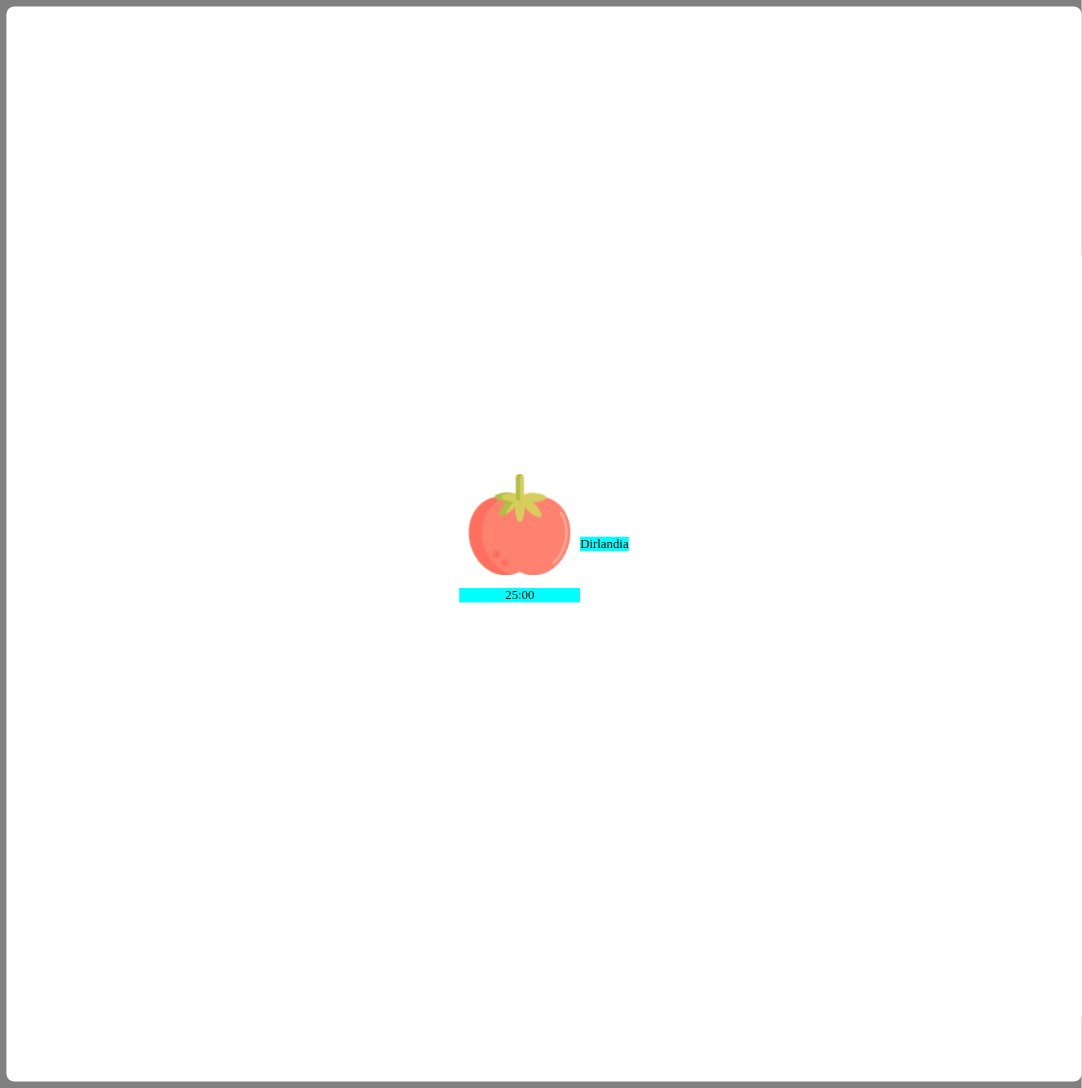
Repository: Dirlandia404/pomodoro
Page: /
These files come from the project's save history. The page is drawn as it stood at one moment and after the next save; the edit follows.
The browser window is 1280 px wide. The page is 1352 px wide, then 1320 px, so the pictures cover 1352 px, including what lies to the right of the window. The pictures show the whole page, at 80% of full size.
The project was rebuilt for these pictures with package versions that can differ from the ones it lists, and the page was loaded fresh each time.

Above is the page before, as saved 2021-11-24 23:22:21.

### public/index.html
<!DOCTYPE html>
<html lang="en">

<head>
  <meta charset="utf-8" />
  <link rel="icon" href="%PUBLIC_URL%/image 1.png" />
  <meta name="viewport" content="width=device-width, initial-scale=1" />
  <meta name="theme-color" content="#000000" />
  <meta name="description" content="Web site created using create-react-app" />
  <link rel="apple-touch-icon" href="%PUBLIC_URL%/logo192.png" />
  <!--
      manifest.json provides metadata used when your web app is installed on a
      user's mobile device or desktop. See https://developers.google.com/web/fundamentals/web-app-manifest/
    -->
  <link rel="manifest" href="%PUBLIC_URL%/manifest.json" />
  <!--
      Notice the use of %PUBLIC_URL% in the tags above.
      It will be replaced with the URL of the `public` folder during the build.
      Only files inside the `public` folder can be referenced from the HTML.

      Unlike "/favicon.ico" or "favicon.ico", "%PUBLIC_URL%/favicon.ico" will
      work correctly both with client-side routing and a non-root public URL.
      Learn how to configure a non-root public URL by running `npm run build`.
    -->
  <title>Pomodoro Clock</title>
</head>

<body>
  <noscript>You need to enable JavaScript to run this app.</noscript>
  <div id="root"></div>
  <!--
      This HTML file is a template.
      If you open it directly in the browser, you will see an empty page.

      You can add webfonts, meta tags, or analytics to this file.
      The build step will place the bundled scripts into the <body> tag.

      To begin the development, run `npm start` or `yarn start`.
      To create a production bundle, use `npm run build` or `yarn build`.
    -->
</body>

</html>

### src/index.jsx
import React from "react";
import ReactDOM from "react-dom";
import Clock from "./componentes/Primeiro";

function App() {
    const  tempo ={time:25};

    return(
        <div className="App">
            <Clock trabalho={tempo} />
        </div>
    );
}
ReactDOM.render(
    <App />,
    document.getElementById("root")
)

### src/componentes/Primeiro.jsx
import { useEffect, useState } from "react";
import "./componente.css";

function Clock(props){
  const [time, setTime] = useState(25);

    const tick = () =>{
        if(time === 0){
            reset();
        }else{
            setTime([time -1]);
        }
    }
    const reset = () => setTime(parseInt(time));

    useEffect(() =>{
        const timerId = setInterval(() => tick, 60);
        return () => clearInterval(timerId)
    })
    return (
        <main>
            <form action="">
                <img src="/tomato.svg" alt="Tomate" />
                <p>25:00</p>
            </form>
           <p>Dirlandia</p>
        </main>
    );
}

export default Clock

### src/componentes/componente.css
body{
    background-color: grey;
    text-align: center
}
main {
    background-color: white;
    min-width: 100vw;
    min-height: 100vw;
    display: flex;

    align-items: center;
    justify-content: center;

    padding: 2rem;
    border-radius: 10px;

}

form{
    display: flex;
    flex-direction: column;
}
img{
    width: 100%;
}
p{
    background-color: aqua;
}

After the next save:
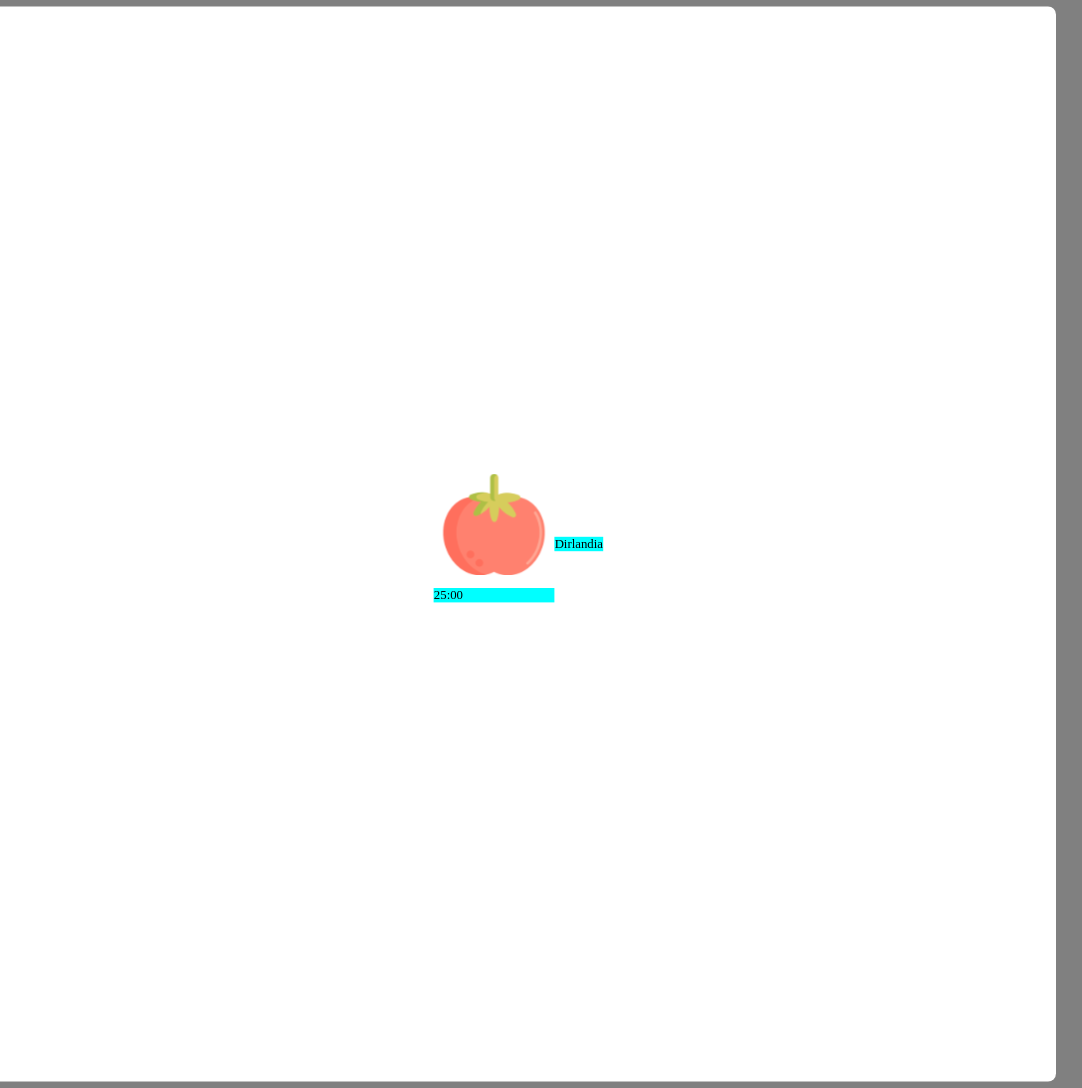
Saved 36 s later.
--- a/src/componentes/componente.css
+++ b/src/componentes/componente.css
@@ -1,6 +1,11 @@
 body{
     background-color: grey;
-    text-align: center
+    min-width: 100vw;
+    min-height: 100vw;
+    display: flex;
+
+    align-items: center;
+    justify-content: center;
 }
 main {
     background-color: white;
